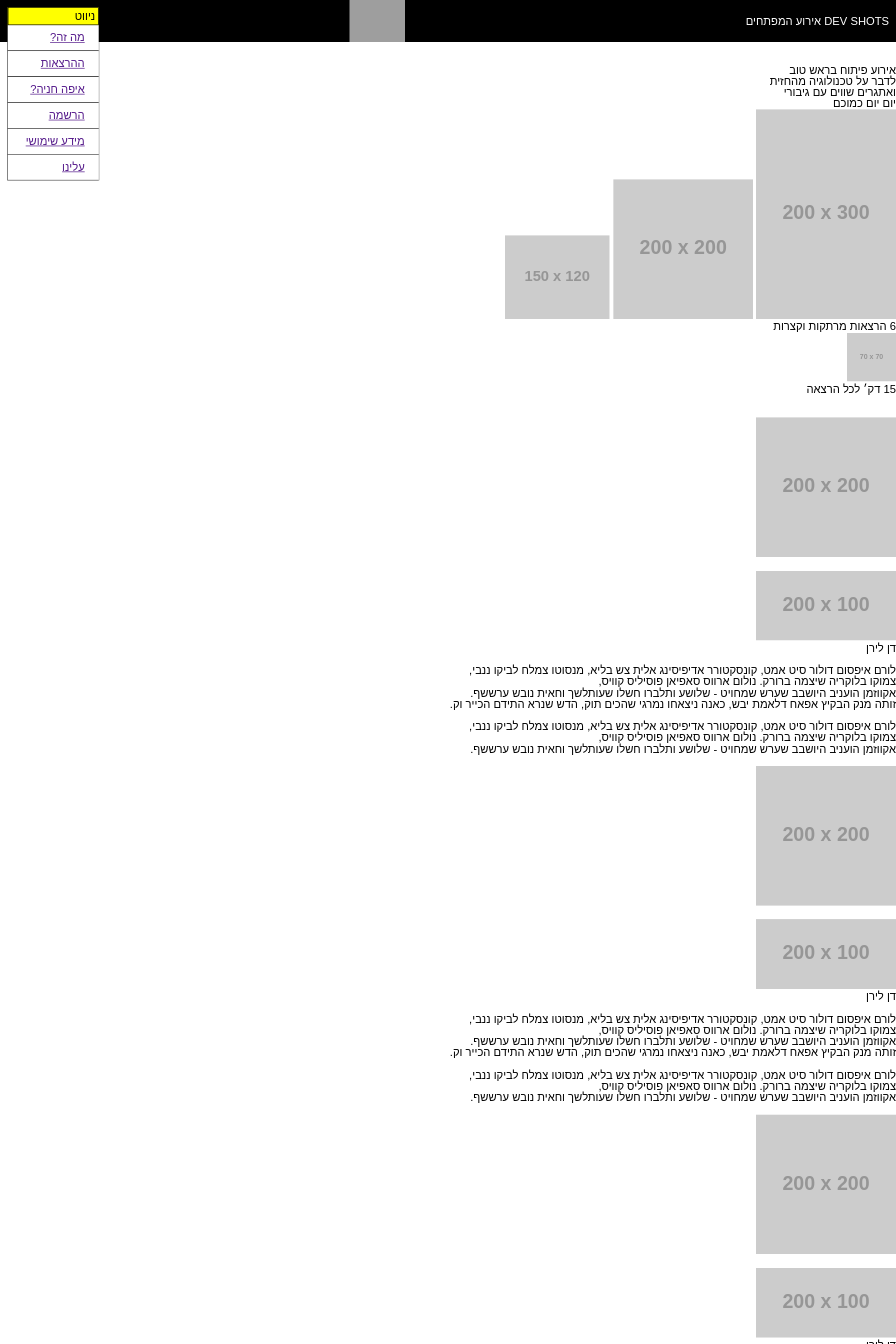
Repository: Julian-Escobar/DevShots
Page: index.html
These files come from the project's save history. The page is drawn as it stood at one moment and after the next save; the edit follows.
The browser window is 1280 px wide. The pictures show the part of the page from y = 0 to 1920 px (the page is 5922 px tall), at 70% of full size.
Pictures or frames that could not be fetched are drawn as grey boxes.

Above is the page before, as saved 2018-08-28 19:31:55.

### index.html
<!DOCTYPE HTML>
<html>
  <head>
      <link rel="stylesheet" href="style.css">
        <style>

                body{
                    text-align: right;
                    direction: rtl;
                }
        </style>
  </head>
  <body>
      <!--header-->

      <section class="conteiner1">
            <header class="wrapper">
          <h2 class="title">   DEV SHOTS אירוע המפתחים  </h2>
          <div> <a> <img class="netcraftlogo" src="https://cdn.dribbble.com/users/277968/screenshots/1639449/netcraftdev_1x.png" alt="netcraft logo"> </a> </div>
          <div > <nav class="dropdownnav">
            <ul class="nav_conteiner">
              <li><div class="navtitle"> <b>ניווט</b></li><li><a class="navlink" href=""> מה
                   זה? </a></li><li><a class="navlink" href=""> ההרצאות

                   </a></li><li><a class="navlink" href=""> איפה
                        חניה? </a></li><li><a class="navlink" href=""> הרשמה

                        </a></li><li><a class="navlink" href=""> מידע
                             שימושי </a></li><li><a class="navlink" href=""> עלינו </a></li>
                                  </ul></nav></div>
       </header> </section>
       <br> <br>

       <!--section 1-->
       <section class="wrapper2" >
               <div> <h1 class="secondtitle">אירוע פיתוח בראש טוב</h1>
                     <p> לדבר על טכנולוגיה מהחזית <br>ואתגרים שווים עם גיבורי<br> יום יום כמוכם</p>
               </div>
          <a class="robot 1"href="https://placeholder.com"><img src="https://via.placeholder.com/200x300" alt="robot1 image"></a>
          <a class="robot 2"href="https://placeholder.com"><img src="https://via.placeholder.com/200x200" alt="robot2 image"></a>
          <a class="robot 3"href="https://placeholder.com"><img src="https://via.placeholder.com/150x120" alt="robot3 image"></a>
       </section>

              <!--section 2 lectures-->
        <section class="section2 conteiner">
                    <h3>6 הרצאות מרתקות וקצרות</h3>
                    <div class="lecture time"> <a class="clock icon"href="https://placeholder.com"><img src="https://via.placeholder.com/70x70"alt="clock icon"> </a>
                    <p>15 דק׳ לכל הרצאה</p></div>
                    <br>
                    <br>

                  <article class="lecture container">
                            <a class="prof picture"href="https://placeholder.com"><img src="https://via.placeholder.com/200x200" alt="lecturer photo"></a>
                             <h3 class="card title">חומריות בעולם הגידיטל</h3>
                             <a class="bubble image"href="https://placeholder.com"><img src="https://via.placeholder.com/200x100"alt="bubble image"></a>
                                <p class="prof name">דן לירן</p> </div>
                                <p class=><br>לורם איפסום דולור סיט אמט, קונסקטורר אדיפיסינג אלית צש בליא, מנסוטו צמלח לביקו ננבי,
                                        <br>צמוקו בלוקריה שיצמה ברורק. נולום ארווס סאפיאן פוסיליס קוויס,
                                        <br>אקווזמן הועניב היושבב שערש שמחויט - שלושע ותלברו חשלו שעותלשך וחאית נובש ערששף.
                                        <br> זותה מנק הבקיץ אפאח דלאמת יבש, כאנה ניצאחו נמרגי שהכים תוק, הדש שנרא התידם הכייר וק.</p>
                                    <p><br>לורם איפסום דולור סיט אמט, קונסקטורר אדיפיסינג אלית צש בליא, מנסוטו צמלח לביקו ננבי,
                                        <br> צמוקו בלוקריה שיצמה ברורק. נולום ארווס סאפיאן פוסיליס קוויס,
                                        <br>  אקווזמן הועניב היושבב שערש שמחויט - שלושע ותלברו חשלו שעותלשך וחאית נובש ערששף. </p>

                 </article>
                 <br>
                 <article class="lecture container">
                        <a class="prof picture"href="https://placeholder.com"><img src="https://via.placeholder.com/200x200"alt="lecturer photo"></a>
                         <h3 class="card title">חומריות בעולם הגידיטל</h3>
                         <a class="bubble image"href="https://placeholder.com"><img src="https://via.placeholder.com/200x100"alt="bubble image"></a>
                            <p class="prof name">דן לירן</p> </div>
                            <p class=><br>לורם איפסום דולור סיט אמט, קונסקטורר אדיפיסינג אלית צש בליא, מנסוטו צמלח לביקו ננבי,
                                    <br>צמוקו בלוקריה שיצמה ברורק. נולום ארווס סאפיאן פוסיליס קוויס,
                                    <br>אקווזמן הועניב היושבב שערש שמחויט - שלושע ותלברו חשלו שעותלשך וחאית נובש ערששף.
                                    <br> זותה מנק הבקיץ אפאח דלאמת יבש, כאנה ניצאחו נמרגי שהכים תוק, הדש שנרא התידם הכייר וק.</p>
                                <p><br>לורם איפסום דולור סיט אמט, קונסקטורר אדיפיסינג אלית צש בליא, מנסוטו צמלח לביקו ננבי,
                                    <br> צמוקו בלוקריה שיצמה ברורק. נולום ארווס סאפיאן פוסיליס קוויס,
                                    <br>  אקווזמן הועניב היושבב שערש שמחויט - שלושע ותלברו חשלו שעותלשך וחאית נובש ערששף. </p>

             </article>

             <br>
             <article class="lecture container">
                    <a class="prof picture"href="https://placeholder.com"><img src="https://via.placeholder.com/200x200"alt="lecturer photo"></a>
                    <h3 class="card title">חומריות בעולם הגידיטל</h3>
                     <a class="bubble image"href="https://placeholder.com"><img src="https://via.placeholder.com/200x100"alt="bubble image"></a>
                        <p class="prof name">דן לירן</p> </div>
                        <p class=><br>לורם איפסום דולור סיט אמט, קונסקטורר אדיפיסינג אלית צש בליא, מנסוטו צמלח לביקו ננבי,
                                <br>צמוקו בלוקריה שיצמה ברורק. נולום ארווס סאפיאן פוסיליס קוויס,
                                <br>אקווזמן הועניב היושבב שערש שמחויט - שלושע ותלברו חשלו שעותלשך וחאית נובש ערששף.
                                <br> זותה מנק הבקיץ אפאח דלאמת יבש, כאנה ניצאחו נמרגי שהכים תוק, הדש שנרא התידם הכייר וק.</p>
                            <p><br>לורם איפסום דולור סיט אמט, קונסקטורר אדיפיסינג אלית צש בליא, מנסוטו צמלח לביקו ננבי,
                                <br> צמוקו בלוקריה שיצמה ברורק. נולום ארווס סאפיאן פוסיליס קוויס,
                                <br>  אקווזמן הועניב היושבב שערש שמחויט - שלושע ותלברו חשלו שעותלשך וחאית נובש ערששף. </p>

         </article>
         <br>

         <article class="lecture container">
                <a class="prof picture"href="https://placeholder.com"><img src="https://via.placeholder.com/200x200"alt="lecturer photo"></a>
                <h3 class="card title">חומריות בעולם הגידיטל</h3>
                <a class="bubble image"href="https://placeholder.com"><img src="https://via.placeholder.com/200x100"alt="bubble image"></a>
                    <p class="prof name">דן לירן</p> </div>
                    <p class=><br>לורם איפסום דולור סיט אמט, קונסקטורר אדיפיסינג אלית צש בליא, מנסוטו צמלח לביקו ננבי,
                            <br>צמוקו בלוקריה שיצמה ברורק. נולום ארווס סאפיאן פוסיליס קוויס,
                            <br>אקווזמן הועניב היושבב שערש שמחויט - שלושע ותלברו חשלו שעותלשך וחאית נובש ערששף.
                            <br> זותה מנק הבקיץ אפאח דלאמת יבש, כאנה ניצאחו נמרגי שהכים תוק, הדש שנרא התידם הכייר וק.</p>
                        <p><br>לורם איפסום דולור סיט אמט, קונסקטורר אדיפיסינג אלית צש בליא, מנסוטו צמלח לביקו ננבי,
                            <br> צמוקו בלוקריה שיצמה ברורק. נולום ארווס סאפיאן פוסיליס קוויס,
                            <br>  אקווזמן הועניב היושבב שערש שמחויט - שלושע ותלברו חשלו שעותלשך וחאית נובש ערששף. </p>

     </article>
     <br>

     <article class="lecture container">
            <a class="prof picture"href="https://placeholder.com"><img src="https://via.placeholder.com/200x200"alt="lecturer photo"></a>
             <h3 class="card title">חומריות בעולם הגידיטל</h3>
             <a class="bubble image"href="https://placeholder.com"><img src="https://via.placeholder.com/200x100"alt="bubble image"></a>
                <p class="prof name">דן לירן</p> </div>
                <p class=><br>לורם איפסום דולור סיט אמט, קונסקטורר אדיפיסינג אלית צש בליא, מנסוטו צמלח לביקו ננבי,
                        <br>צמוקו בלוקריה שיצמה ברורק. נולום ארווס סאפיאן פוסיליס קוויס,
                        <br>אקווזמן הועניב היושבב שערש שמחויט - שלושע ותלברו חשלו שעותלשך וחאית נובש ערששף.
                        <br> זותה מנק הבקיץ אפאח דלאמת יבש, כאנה ניצאחו נמרגי שהכים תוק, הדש שנרא התידם הכייר וק.</p>
                    <p><br>לורם איפסום דולור סיט אמט, קונסקטורר אדיפיסינג אלית צש בליא, מנסוטו צמלח לביקו ננבי,
                        <br> צמוקו בלוקריה שיצמה ברורק. נולום ארווס סאפיאן פוסיליס קוויס,
                        <br>  אקווזמן הועניב היושבב שערש שמחויט - שלושע ותלברו חשלו שעותלשך וחאית נובש ערששף. </p>

 </article>

 <br>
 <article class="lecture container">
        <a class="prof picture"href="https://placeholder.com"><img src="https://via.placeholder.com/200x200"alt="lecturer photo"></a>
         <h3 class="card title">חומריות בעולם הגידיטל</h3>
         <a class="bubble image"href="https://placeholder.com"><img src="https://via.placeholder.com/200x100"alt="bubble image"></a>
            <p class="prof name">דן לירן</p> </div>
            <p class=><br>לורם איפסום דולור סיט אמט, קונסקטורר אדיפיסינג אלית צש בליא, מנסוטו צמלח לביקו ננבי,
                    <br>צמוקו בלוקריה שיצמה ברורק. נולום ארווס סאפיאן פוסיליס קוויס,
                    <br>אקווזמן הועניב היושבב שערש שמחויט - שלושע ותלברו חשלו שעותלשך וחאית נובש ערששף.
                    <br> זותה מנק הבקיץ אפאח דלאמת יבש, כאנה ניצאחו נמרגי שהכים תוק, הדש שנרא התידם הכייר וק.</p>
                <p><br>לורם איפסום דולור סיט אמט, קונסקטורר אדיפיסינג אלית צש בליא, מנסוטו צמלח לביקו ננבי,
                    <br> צמוקו בלוקריה שיצמה ברורק. נולום ארווס סאפיאן פוסיליס קוויס,
                    <br>  אקווזמן הועניב היושבב שערש שמחויט - שלושע ותלברו חשלו שעותלשך וחאית נובש ערששף. </p>
</article>
<div> <a class="robot4"> <img src="https://via.placeholder.com/70x70"alt="robot4 image"> </a></div>
</section>


<!--section 3 directions-->

<section>
    <article>
    <h4> אז איפה שמים את האוטו?</h4>
    <p>ועוד כמה פרטים חשובים...</p>
    <p> הערב יערך במועדון הסבל</p>
    <address> דרך שלומו 53, תל אביב</address>
 <div class="buses container">
       <hr class=line1>
       <p>מתכנסים בשעה</p>
       <p><big> 18:30 </big></p>
       <hr class=line1>
       <dl>
            <dt>חניה</dt>
              <hr class=line1>
              <dd>1. חניון אלי פלט</dd>
              <dd>2. רחוב אלפסי</dd>
              <dd>3. רחוב חיים בן אתר</dd>
       </dl>
 </div>

 <div class="buses container">
                <hr class=line1>
                <p>מתחילים בשעה:</p>
                <p><big> 19:00 </big></p>
                <hr class=line1>
                <dl>

                     <dt>אוטובוסים</dt>
                       <hr class=line1>
                       <dd>1. רכבת מרכז - 142,42</dd>
                       <dd>2. תחנה מרכזית - 163, 201, 96</dd>
                </dl>
 </div>
 <div class="map">
        <a class="map"> <img src="https://via.placeholder.com/400x400" alt="map image"> </a></div>
        <a class="lupa"> <img src="https://via.placeholder.com/15x15" alt="lupa icon"> </a></div>
        <a href="url">למפה המלאה</a>
</div> </article> </section>
<br>

<!--section 4 contact-->
<h5> הרשמה </h5>
<p>הכניסה היא בחינם אבל מספר המקומות מצומצם.</p>
<p> הערב יערך במועדון הסבנשמח אם תרשמו רק אם אתם מתכוונים להגיע- כדי שלא נסרב למישהו אחר</p>
<hr class=line3>
<p>כל הפרטים אישיים ישארו חסומים ולא נעביא אותם לאף אחד</p>
<hr class=line3>
<br>
<br>

<form action="" method="post">
    <div>
        <label for="name">שם מלא</label>
        <input type="text" placeholder="פרטי וגם משפחה" id="name" name="user_name">
    </div>
    <div>
        <label for="position">תפקיד</label>
        <input  type="position" placeholder="מה אתם עושים ביום יום" id="position" name="user_position">
    </div>
    <div>
            <label for="organization">ארגון</label>
            <input  type="organization" placeholder="מי משלם לכם משכורת" id="organization" name="user_organization">
        </div>
    <div>
            <label for="phone">מספר טלפון</label>
            <input  type="phone" placeholder="או סלולרי, לנו זה לא איכפת" id="phone" name="user_phone">
        </div>
        <div>
                <label for="friends">יש חברים?</label>
                <input  type="friends" placeholder="יש מלא אבל אני בא לבד" id="friends" name="user_friends">
            </div>
            <button name="button">זהו שלח אותי</button>
    </form>
    <br>

<!--section 5 Useful information-->

<section>
    <h6><big>מידע שימושי</big></h6>

    <article> <div class="card2"> <a class="card2 image"> <img src="https://via.placeholder.com/100x100"alt="card image"></a><h3 class="car2 title">קונסקטורר אדיפיסינג אלית</h3>
        <p class="p card2">לורם איפסום דולור סיט אמט, קונסקטורר אדיפיסינג אלית נולום ארווס סאפיאן - פוסיליס קוויס, אקווזמן קולורס מונפרד אדנדום סילקוף, מרגשי ומרגשח</p>
    </div></article>

    <article> <div class="card2"> <a class="card2 image"> <img src="https://via.placeholder.com/100x100"alt="card image"></a><h3 class="car2 title">קונסקטורר אדיפיסינג אלית</h3>
        <p class="p card2">לורם איפסום דולור סיט אמט, קונסקטורר אדיפיסינג אלית נולום ארווס סאפיאן - פוסיליס קוויס, אקווזמן קולורס מונפרד אדנדום סילקוף, מרגשי ומרגשח</p>
    </div></article>

    <article> <div class="card2"> <a class="card2 image"> <img src="https://via.placeholder.com/100x100"alt="card image"></a><h3 class="car2 title">קונסקטורר אדיפיסינג אלית</h3>
        <p class="p card2">לורם איפסום דולור סיט אמט, קונסקטורר אדיפיסינג אלית נולום ארווס סאפיאן - פוסיליס קוויס, אקווזמן קולורס מונפרד אדנדום סילקוף, מרגשי ומרגשח</p>
    </div></article>

    <article> <div class="card2"> <a class="card2 image"> <img src="https://via.placeholder.com/100x100"alt="card image"></a><h3 class="car2 title">קונסקטורר אדיפיסינג אלית</h3>
        <p class="p card2">לורם איפסום דולור סיט אמט, קונסקטורר אדיפיסינג אלית נולום ארווס סאפיאן - פוסיליס קוויס, אקווזמן קולורס מונפרד אדנדום סילקוף, מרגשי ומרגשח</p>
    </div></article>

    <article> <div class="card2"> <a class="card2 image"> <img src="https://via.placeholder.com/100x100"alt="card image"></a><h3 class="car2 title">קונסקטורר אדיפיסינג אלית</h3>
        <p class="p card2">לורם איפסום דולור סיט אמט, קונסקטורר אדיפיסינג אלית נולום ארווס סאפיאן - פוסיליס קוויס, אקווזמן קולורס מונפרד אדנדום סילקוף, מרגשי ומרגשח</p>
    </div></article>

    <article> <div class="card2"> <a class="card2 image"> <img src="https://via.placeholder.com/100x100"alt="card image"></a><h3 class="car2 title">קונסקטורר אדיפיסינג אלית</h3>
        <p class="p card2">לורם איפסום דולור סיט אמט, קונסקטורר אדיפיסינג אלית נולום ארווס סאפיאן - פוסיליס קוויס, אקווזמן קולורס מונפרד אדנדום סילקוף, מרגשי ומרגשח</p>
    </div></article>

    <a class="bottom robot"> <img src="https://via.placeholder.com/200x100"></a>
</section>

<!--section 6 footer-->
<section>
    <div class="footer div"><H3 class="footer title"> קצת עלינו</H3></div>
            <sec> <div class="footer components"> <a class="netcraft logo"> <img src="https://via.placeholder.com/100x30"alt="net craft logo"></a> </div>
            <div class="footer components"><p><b><big> נטפרפט </big></b>ורם איפסום דולור סיט אמט, קונסקטורר אדיפיסינג אלית נולום ארווס סאפיאן - פוסיליס קוויס, אקווזמן קולורס מונפרד אדנדום סילקוף, מרגשי ומרגשח. עמחליף גולר מונפרר סוברט</p></div>
            <div class="footer components"> <a class="logo"> <img src="https://via.placeholder.com/30x30"></a> <p>לורם איפסום דולור סיט אמט</p> </div>
            <div class="footer components"> <a class="logo"> <img src="https://via.placeholder.com/30x30"></a> <p>לורם איפסום דולור סיט אמט</p> </div>
            <div class="footer components"> <a class="logo"> <img src="https://via.placeholder.com/30x30"></a> <p>לורם איפסום דולור סיט אמט</p> </div>
            <div class="footer components"> <a class="logo"> <img src="https://via.placeholder.com/30x30"></a> <p>לורם איפסום דולור סיט אמט</p> </div>

            <div class="footer detail"> <p> איפסום דולור סיט אמט | איפסום דולור סיט אמט | איפסום דולור סיט אמט | some info@here </p> <a class="logo netcraft small"> <img src="https://via.placeholder.com/30x12"alt="netcraft logo"></a>  </div></sec>
</section>

  </body>
</html>

### style.css
/* http://meyerweb.com/eric/tools/css/reset/
   v2.0 | 20110126
   License: none (public domain)
*/

html, body, div, span, applet, object, iframe,
h1, h2, h3, h4, h5, h6, p, blockquote, pre,
a, abbr, acronym, address, big, cite, code,
del, dfn, em, img, ins, kbd, q, s, samp,
small, strike, strong, sub, sup, tt, var,
b, u, i, center,
dl, dt, dd, ol, ul, li,
fieldset, form, label, legend,
table, caption, tbody, tfoot, thead, tr, th, td,
article, aside, canvas, details, embed,
figure, figcaption, footer, header, hgroup,
menu, nav, output, ruby, section, summary,
time, mark, audio, video {
	margin: 0;
	padding: 0;
	border: 0;
	font-size: 100%;
	font: inherit;
	vertical-align: baseline;
}
/* HTML5 display-role reset for older browsers */
article, aside, details, figcaption, figure,
footer, header, hgroup, menu, nav, section {
	display: block;
}
body {
	line-height: 1;
}
ol, ul {
	list-style: none;
}
blockquote, q {
	quotes: none;
}
blockquote:before, blockquote:after,
q:before, q:after {
	content: '';
	content: none;
}
table {
	border-collapse: collapse;
	border-spacing: 0;
}





@font-face {
    font-family: 'Rubik', sans-serif;
    src: url("hhttps://fonts.googleapis.com/css?family=Rubik" );
}

body{
    font-family: 'Rubik', sans-serif;
    margin: 0 auto;

}

/**** header ****/

.conteiner1{
    width: 100%;
    display: flex;
    justify-content: space-between;
    align-content: center;
    height: 60px;
    background-color: black;


}
header {
    background-color: black;
    width: 1300px;
    display: flex;
    justify-content: space-between;
    align-content: center;
    margin: 0 auto;
    padding: 0 10px;
}


.title {
    font-weight: 100;
    color: white;
    align-self: center;
}
.netcraftlogo {
    height:60px;
    align-self: center;

    }

    .navtitle {
        background-color: yellow;
        padding: 4px;
        border: 1px solid black
    }


    .dropdownnav {
        border: 1px solid black;
        float: right;
    }

    .nav_conteiner {
        position: fixed;
        top: 0;
        left: 0;
        width: 130px;
        border-left: 1px solid black;
        border-right: 1px solid black;
        margin: 10px;


    }

    .navlink {
        background-color: white;
        padding: 4px;
        border-bottom: 1px solid black;
        align-self: right;
        display: block;
        position: relative;
        z-index: 100;
        margin-top: 0px;
        padding-top: 10px;
        padding-bottom: 10px;
        padding-left: 20px;
        padding-right: 20px;
   }

   /**** header ****/

After the next save:
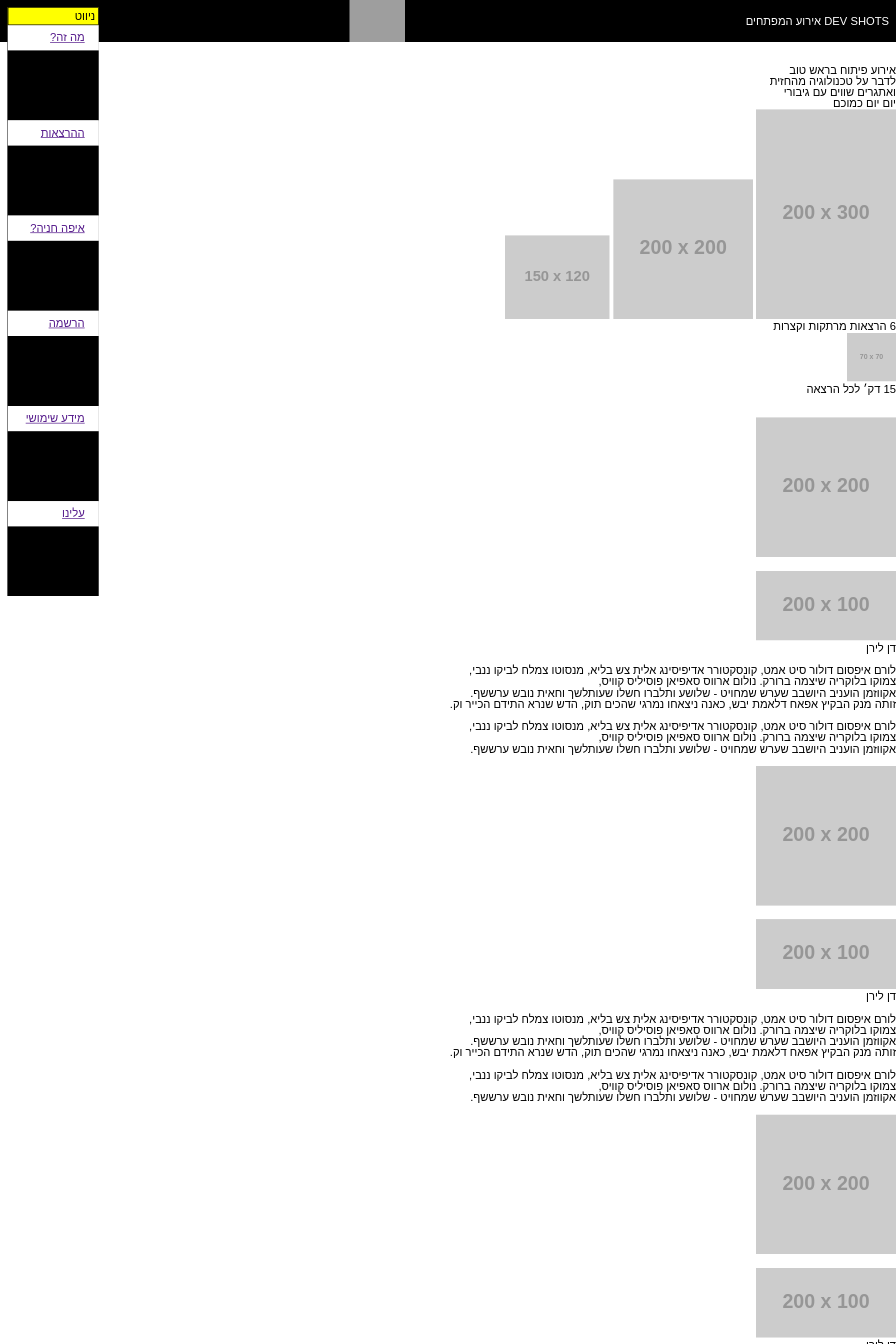
Saved 2 min 43 s later.
--- a/style.css
+++ b/style.css
@@ -124,6 +124,7 @@
         background-color: white;
         padding: 4px;
         border-bottom: 1px solid black;
+        border-width: 100px;
         align-self: right;
         display: block;
         position: relative;

After the save that followed:
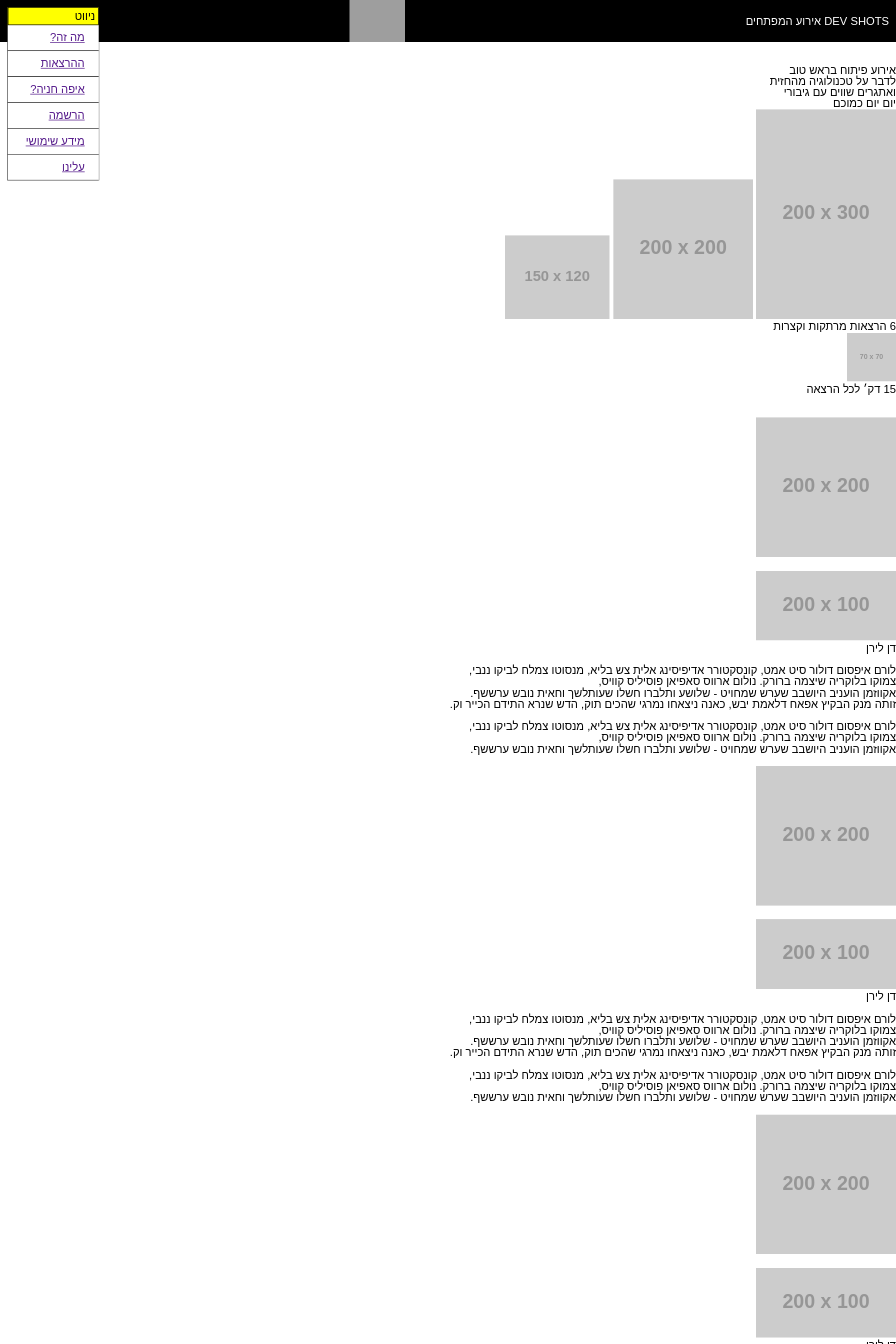
Saved 80 s later.
--- a/style.css
+++ b/style.css
@@ -124,7 +124,6 @@
         background-color: white;
         padding: 4px;
         border-bottom: 1px solid black;
-        border-width: 100px;
         align-self: right;
         display: block;
         position: relative;
